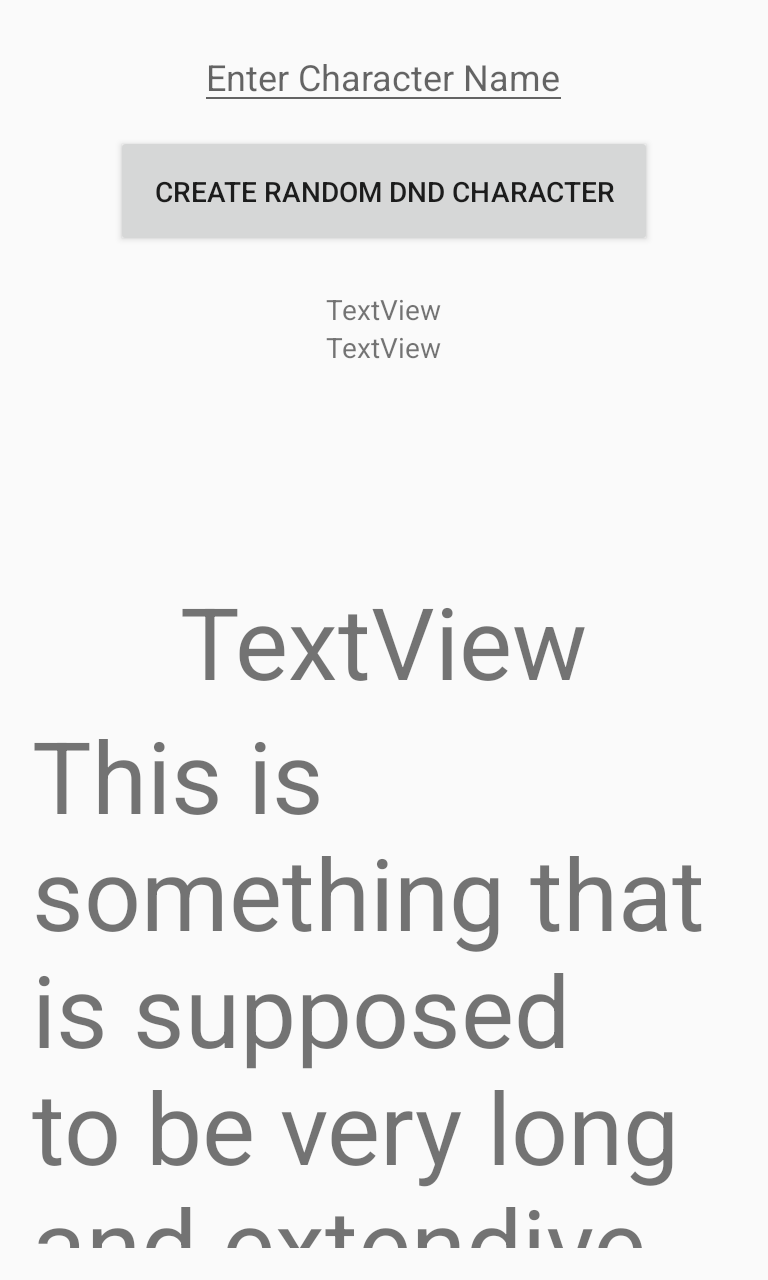
Repository: Vortelf/DnDAndroid
Layout: BuildApp/DnD/res/layout/activity_random_char.xml
An editor plug-in stored every save of this project. The layout is shown before and after a run of saves, followed by the edit.
It is drawn on a 768 x 1280 px phone screen (xhdpi) without system bars, with theme AppTheme; the app's code is not run.

Above is the layout before, as saved 2014-11-08 20:59:19.

### BuildApp/DnD/res/layout/activity_random_char.xml
<RelativeLayout xmlns:android="http://schemas.android.com/apk/res/android"
    xmlns:tools="http://schemas.android.com/tools"
    android:id="@+id/Char"
    android:layout_width="match_parent"
    android:layout_height="match_parent"
    android:paddingBottom="@dimen/activity_vertical_margin"
    android:paddingLeft="@dimen/activity_horizontal_margin"
    android:paddingRight="@dimen/activity_horizontal_margin"
    android:paddingTop="@dimen/activity_vertical_margin"
    tools:context="vortelf.dnd.RandomCharActivity" >


    <EditText
        android:id="@+id/inputCharName"
        android:layout_width="wrap_content"
        android:layout_height="wrap_content"
        android:hint="@string/inputCharName"
        android:layout_centerHorizontal="true"
        android:gravity="center_horizontal"
        />


    <Button
        android:id="@+id/RandomButton"
        android:layout_width="wrap_content"
        android:layout_height="wrap_content"
        android:layout_alignParentTop="true"
        android:layout_centerHorizontal="true"
        android:layout_marginTop="50dp"
        android:gravity="center_horizontal"
        android:padding="20dp"
        android:text="@string/random_button" />

    <TextView
        android:id="@+id/CharName"
        android:layout_width="wrap_content"
        android:layout_height="wrap_content"
        android:layout_marginTop="20dp"
        android:layout_below="@+id/RandomButton"
        android:layout_centerHorizontal="true"
        android:text="TextView" />

    <TextView
        android:id="@+id/CharStats"
        android:layout_width="wrap_content"
        android:layout_height="wrap_content"
        android:layout_below="@+id/CharName"
        android:layout_centerHorizontal="true"
        android:text="TextView" />

   	<TextView
   	    android:id="@+id/Roller"
   	    android:layout_width="wrap_content"
   	    android:layout_height="wrap_content"
   	    android:layout_centerHorizontal="true"
   	    android:layout_below="@+id/CharStats"
   	    android:layout_marginTop="104dp"
   	    android:text="TextView"
   	    android:textSize="50sp" />

   	<TextView
   	    android:id="@+id/ScrollExtend"
   	    android:layout_width="wrap_content"
   	    android:layout_height="wrap_content"
   	    android:layout_centerHorizontal="true"
   	    android:layout_below="@+id/Roller"
   	    android:text="@string/extend"
   	    android:textSize="50sp" />

   	<ScrollView
   	    android:id="@+id/scrollView1"
   	    android:layout_width="wrap_content"
   	    android:layout_height="wrap_content"
   	    android:layout_alignParentLeft="true"
   	    android:layout_alignParentTop="true"
   	    android:fillViewport="true"
   	    android:measureAllChildren="true" >

   	    <LinearLayout
   	        android:layout_width="match_parent"
   	        android:layout_height="match_parent"
   	        android:orientation="vertical" >
   	    </LinearLayout>
   	</ScrollView>

</RelativeLayout>

### BuildApp/DnD/res/values/strings.xml
<?xml version="1.0" encoding="utf-8"?>
<resources>

    <string name="app_name">DnD</string>
    <string name="action_settings">Settings</string>
    <string name="random_button">Create Random DnD Character</string>
    <string name="inputCharName">Enter Character Name</string>
    <string name="title_activity_main">MainActivity</string>
    <string name="title_RandomSelection">Create Random Character</string>
    <string name="title_CustomSelection">Create Custom Character</string>
    <string name="title_DiceRollSelection">Dice Roller</string>
    <string name="navigation_drawer_open">Open navigation drawer</string>
    <string name="navigation_drawer_close">Close navigation drawer</string>
    <string name="action_example">Example action</string>
    <string name="title_activity_custom_char">CustomCharActivity</string>
    <string name="hello_world">Hello world!</string>
    <string name="title_activity_dice_roll">DiceRollActivity</string>
	<string name="extend">This is something that is supposed to be very long and extendive</string>

</resources>

Loaded but not shown: BuildApp/DnD/res/values/styles.xml (common file); BuildApp/DnD/res/values-v11/styles.xml (common file); BuildApp/DnD/res/values-v14/styles.xml (common file); BuildApp/DnD/res/values/dimens.xml (common file); BuildApp/DnD/res/values-w820dp/dimens.xml (common file)

After the next 3 saves:
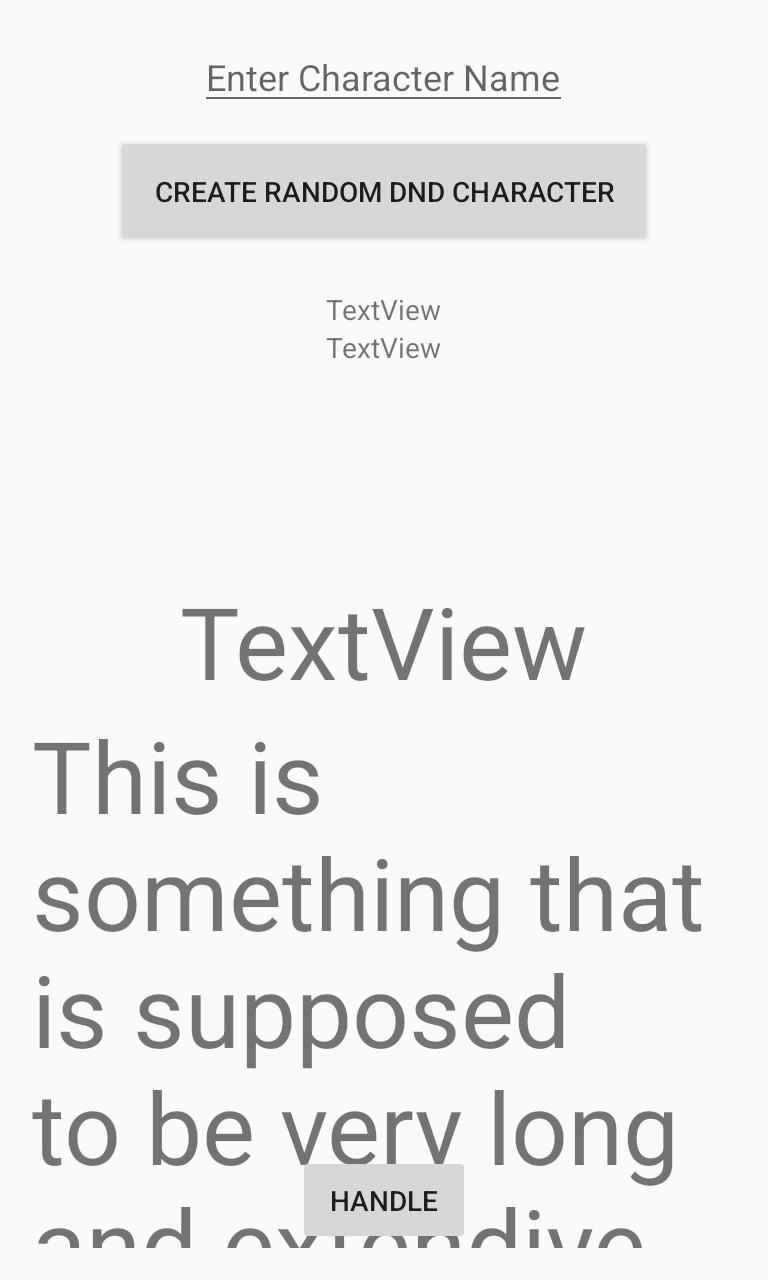
The 3 saves are shown as one change because 2 did not build or start.
The last was saved 3 min 31 s later.
--- a/BuildApp/DnD/res/layout/activity_random_char.xml
+++ b/BuildApp/DnD/res/layout/activity_random_char.xml
@@ -9,7 +9,6 @@
     android:paddingTop="@dimen/activity_vertical_margin"
     tools:context="vortelf.dnd.RandomCharActivity" >
 
-
     <EditText
         android:id="@+id/inputCharName"
         android:layout_width="wrap_content"
@@ -18,7 +17,6 @@
         android:layout_centerHorizontal="true"
         android:gravity="center_horizontal"
         />
-
 
     <Button
         android:id="@+id/RandomButton"
@@ -67,20 +65,26 @@
    	    android:text="@string/extend"
    	    android:textSize="50sp" />
 
-   	<ScrollView
-   	    android:id="@+id/scrollView1"
-   	    android:layout_width="wrap_content"
-   	    android:layout_height="wrap_content"
-   	    android:layout_alignParentLeft="true"
+   	<SlidingDrawer
+   	    android:id="@+id/slidingDrawer1"
+   	    android:layout_width="match_parent"
+   	    android:layout_height="match_parent"
    	    android:layout_alignParentTop="true"
-   	    android:fillViewport="true"
-   	    android:measureAllChildren="true" >
+   	    android:layout_centerHorizontal="true"
+   	    android:content="@+id/content"
+   	    android:handle="@+id/handle" >
+
+   	    <Button
+   	        android:id="@+id/handle"
+   	        android:layout_width="wrap_content"
+   	        android:layout_height="wrap_content"
+   	        android:text="Handle" />
 
    	    <LinearLayout
+   	        android:id="@+id/content"
    	        android:layout_width="match_parent"
-   	        android:layout_height="match_parent"
-   	        android:orientation="vertical" >
+   	        android:layout_height="match_parent" >
    	    </LinearLayout>
-   	</ScrollView>
+   	</SlidingDrawer>
 
 </RelativeLayout>

After the 3 saves that followed:
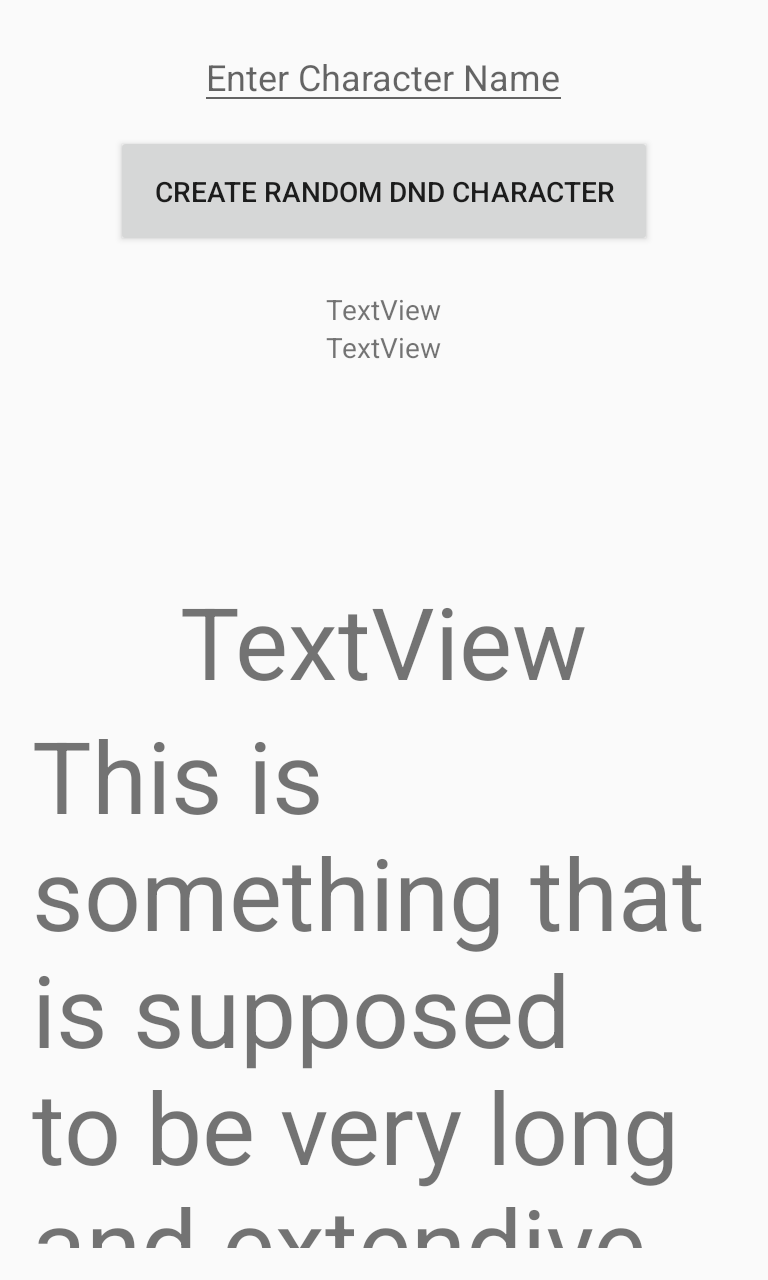
The 3 saves are shown as one change because 2 left the picture as it was.
The last was saved 5 min 41 s later.
--- a/BuildApp/DnD/res/layout/activity_random_char.xml
+++ b/BuildApp/DnD/res/layout/activity_random_char.xml
@@ -13,10 +13,9 @@
         android:id="@+id/inputCharName"
         android:layout_width="wrap_content"
         android:layout_height="wrap_content"
-        android:hint="@string/inputCharName"
         android:layout_centerHorizontal="true"
         android:gravity="center_horizontal"
-        />
+        android:hint="@string/inputCharName" />
 
     <Button
         android:id="@+id/RandomButton"
@@ -33,9 +32,9 @@
         android:id="@+id/CharName"
         android:layout_width="wrap_content"
         android:layout_height="wrap_content"
-        android:layout_marginTop="20dp"
         android:layout_below="@+id/RandomButton"
         android:layout_centerHorizontal="true"
+        android:layout_marginTop="20dp"
         android:text="TextView" />
 
     <TextView
@@ -46,45 +45,70 @@
         android:layout_centerHorizontal="true"
         android:text="TextView" />
 
-   	<TextView
-   	    android:id="@+id/Roller"
-   	    android:layout_width="wrap_content"
-   	    android:layout_height="wrap_content"
-   	    android:layout_centerHorizontal="true"
-   	    android:layout_below="@+id/CharStats"
-   	    android:layout_marginTop="104dp"
-   	    android:text="TextView"
-   	    android:textSize="50sp" />
+    <TextView
+        android:id="@+id/Roller"
+        android:layout_width="wrap_content"
+        android:layout_height="wrap_content"
+        android:layout_below="@+id/CharStats"
+        android:layout_centerHorizontal="true"
+        android:layout_marginTop="104dp"
+        android:text="TextView"
+        android:textSize="50sp" />
 
-   	<TextView
-   	    android:id="@+id/ScrollExtend"
-   	    android:layout_width="wrap_content"
-   	    android:layout_height="wrap_content"
-   	    android:layout_centerHorizontal="true"
-   	    android:layout_below="@+id/Roller"
-   	    android:text="@string/extend"
-   	    android:textSize="50sp" />
+    <TextView
+        android:id="@+id/ScrollExtend"
+        android:layout_width="wrap_content"
+        android:layout_height="wrap_content"
+        android:layout_below="@+id/Roller"
+        android:layout_centerHorizontal="true"
+        android:text="@string/extend"
+        android:textSize="50sp" />
 
-   	<SlidingDrawer
-   	    android:id="@+id/slidingDrawer1"
-   	    android:layout_width="match_parent"
-   	    android:layout_height="match_parent"
-   	    android:layout_alignParentTop="true"
-   	    android:layout_centerHorizontal="true"
-   	    android:content="@+id/content"
-   	    android:handle="@+id/handle" >
+        <TabHost
+            android:id="@android:id/tabhost"
+            android:layout_width="match_parent"
+            android:layout_height="match_parent"
+            android:layout_alignParentLeft="true"
+            android:layout_alignParentTop="true" >
 
-   	    <Button
-   	        android:id="@+id/handle"
-   	        android:layout_width="wrap_content"
-   	        android:layout_height="wrap_content"
-   	        android:text="Handle" />
+            <LinearLayout
+                android:layout_width="match_parent"
+                android:layout_height="match_parent"
+                android:orientation="vertical" >
 
-   	    <LinearLayout
-   	        android:id="@+id/content"
-   	        android:layout_width="match_parent"
-   	        android:layout_height="match_parent" >
-   	    </LinearLayout>
-   	</SlidingDrawer>
+                <TabWidget
+                    android:id="@android:id/tabs"
+                    android:layout_width="match_parent"
+                    android:layout_height="wrap_content" >
+                </TabWidget>
+
+                <FrameLayout
+                    android:id="@android:id/tabcontent"
+                    android:layout_width="match_parent"
+                    android:layout_height="match_parent" >
+
+                    <LinearLayout
+                        android:id="@+id/tab1"
+                        android:orientation="horizontal"
+                        android:layout_width="match_parent"
+                        android:layout_height="match_parent" >
+                    </LinearLayout>
+
+                    <LinearLayout
+                        android:id="@+id/tab2"
+                        android:orientation="horizontal"
+                        android:layout_width="match_parent"
+                        android:layout_height="match_parent" >
+                    </LinearLayout>
+
+                    <LinearLayout
+                        android:id="@+id/tab3"
+                        android:orientation="horizontal"
+                        android:layout_width="match_parent"
+                        android:layout_height="match_parent" >
+                    </LinearLayout>
+                </FrameLayout>
+            </LinearLayout>
+        </TabHost>
 
 </RelativeLayout>
